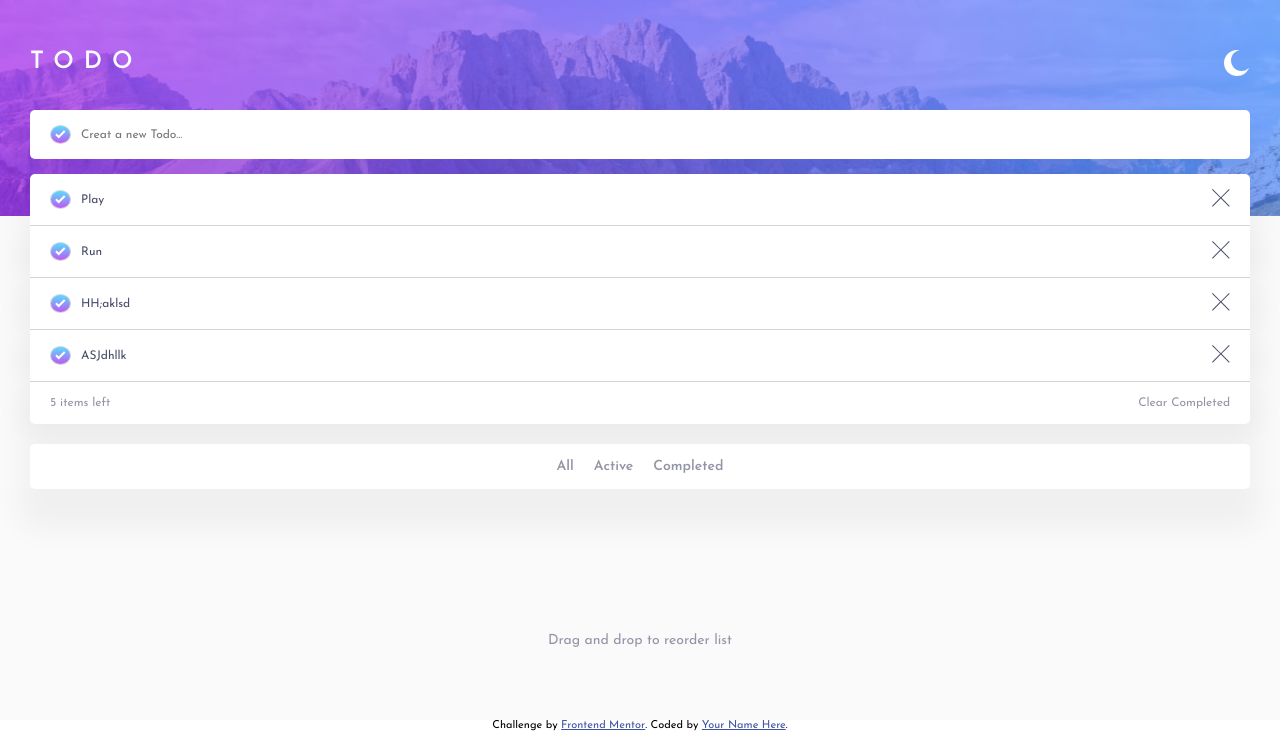
Repository: Baraajad231/Todo-app
Page: /
These files come from the project's save history. The page is drawn as it stood at one moment and after the next save; the edit follows.
The browser window is 1280 px wide. The pictures show the whole page.
The project was rebuilt for these pictures with package versions that can differ from the ones it lists, and the page was loaded fresh each time. Also part of the build but not shown: vite.config.js.

Above is the page before, as saved 2025-12-30 13:31:31.

### index.html
<!DOCTYPE html>
<html lang="en" data-theme="light">
  <head>
    <meta charset="UTF-8" />
    <meta name="viewport" content="width=device-width, initial-scale=1.0" />
    <!-- displays site properly based on user's device -->

    <link
      rel="icon"
      type="image/png"
      sizes="32x32"
      href="./images/favicon-32x32.png"
    />

    <title>Frontend Mentor | Todo app</title>

    <!-- Feel free to remove these styles or customise in your own stylesheet 👍 -->
    <style>
      .attribution {
        font-size: 11px;
        text-align: center;
      }
      .attribution a {
        color: hsl(228, 45%, 44%);
      }
    </style>

    <link rel="preconnect" href="https://fonts.googleapis.com" />
    <link rel="preconnect" href="https://fonts.gstatic.com" crossorigin />
    <link
      href="https://fonts.googleapis.com/css2?family=Josefin+Sans:ital,wght@0,100..700;1,100..700&display=swap"
      rel="stylesheet"
    />

    <link rel="stylesheet" href="./styles/style.scss" />
  </head>
  <body>
    <div class="container">
      <picture class="background-Wrapper">
        <source
          media="(min-width:465px)"
          srcset="images/bg-desktop-light.jpg"
        />
        <img
          src="images/bg-mobile-light.jpg"
          alt="bg-mobile-light"
          class="background background-light"
        />
      </picture>

      <div class="todo">
        <div class="todo__header">
          <h1 class="todo__title">TODO</h1>
          <button class="todo__theme button">
            <img src="images/icon-moon.svg" alt="moon icon" />
          </button>
        </div>
        <ul class="todo__list">
          <li class="todo__list__row todo__list__row-input">
            <button class="checkbox button">
              <img
                src="./images/icon-check.svg"
                alt="check"
                class="checkbox__icon"
              />
            </button>
            <input
              type="text"
              placeholder="Creat a new Todo..."
              class="todo__list__input"
            />
          </li>

          <li class="todo__list__row">
            <button class="checkbox button">
              <img
                src="./images/icon-check.svg"
                alt="check"
                class="checkbox__icon"
              />
            </button>
            <span class="todo__list__task">Play</span>
            <button class="remove-btn button">
              <img src="./images/icon-cross.svg" alt="" class="remove-icon" />
            </button>
          </li>
          <li class="todo__list__row">
            <button class="checkbox button">
              <img
                src="./images/icon-check.svg"
                alt="check"
                class="checkbox__icon"
              />
            </button>
            <span class="todo__list__task">Run</span>
            <button class="remove-btn button">
              <img src="./images/icon-cross.svg" alt="" class="remove-icon" />
            </button>
          </li>
          <li class="todo__list__row">
            <button class="checkbox button">
              <img
                src="./images/icon-check.svg"
                alt="check"
                class="checkbox__icon"
              />
            </button>
            <span class="todo__list__task">HH;aklsd</span>
            <button class="remove-btn button">
              <img src="./images/icon-cross.svg" alt="" class="remove-icon" />
            </button>
          </li>
          <li class="todo__list__row">
            <button class="checkbox button">
              <img
                src="./images/icon-check.svg"
                alt="check"
                class="checkbox__icon"
              />
            </button>
            <span class="todo__list__task">ASJdhllk</span>
            <button class="remove-btn button">
              <img src="./images/icon-cross.svg" alt="" class="remove-icon" />
            </button>
          </li>
          <li class="todo__list__row todo__list__row--meta">
            <div class="todo__items-left">
              <span class="todo__items-count">5</span>
              <span class="todo__items-text">items left</span>
            </div>

            <button class="todo__list-clear button">Clear Completed</button>
          </li>

          <li class="todo__list__row todo__list__row--filter">
            <button class="todo__list-all button button-filter">All</button>
            <button class="todo__list-active button button-filter">
              Active
            </button>
            <button class="todo__list-completed button button-filter">
              Completed
            </button>
          </li>
        </ul>
      </div>
    </div>
    <p class="note">Drag and drop to reorder list</p>

    <div class="attribution">
      Challenge by
      <a href="https://www.frontendmentor.io?ref=challenge" target="_blank"
        >Frontend Mentor</a
      >. Coded by <a href="#">Your Name Here</a>.
    </div>
  </body>
</html>

### styles/style.scss
/*variables*/
:root {
  /* ===== Brand / Primary ===== */
  --color-primary: hsl(220, 98%, 61%);

  --gradient-check: linear-gradient(hsl(192, 100%, 67%), hsl(280, 87%, 65%));

  /* ===== Typography ===== */
  --font-family-base: "Josefin Sans", sans-serif;
  --font-size-base: 16px;
  --font-weight-regular: 400;
  --font-weight-bold: 700;
}

:root[data-theme="light"] {
  --color-bg: hsl(0, 0%, 98%);
  --color-surface: #ffffff;

  --color-text-primary: hsl(235, 19%, 35%);
  --color-text-secondary: hsl(236, 9%, 61%);

  --color-border: hsl(233, 11%, 84%);
  --color-completed: hsl(234, 39%, 85%);
}

:root[data-theme="dark"] {
  --color-bg: hsl(235, 21%, 11%);
  --color-surface: hsl(235, 24%, 19%);

  --color-text-primary: hsl(234, 39%, 85%);
  --color-text-secondary: hsl(236, 9%, 61%);

  --color-border: hsl(237, 14%, 26%);
  --color-muted: hsl(233, 14%, 35%);
}

/* Reset */
* {
  margin: 0;
  padding: 0;
  font: inherit;
}

*,
*::after,
*::before {
  box-sizing: border-box;
}

a {
  color: inherit;
  display: inline-block;
}

button,
[type="submit"] {
  background-color: transparent;
  border: none;
  cursor: pointer;
}

ul,
ol {
  list-style: none;
}

html {
  font-size: 62.5%;
}

body {
  font-size: 1.6rem;
  font-family: var(--font-family-base);
  color: var(--color-text-primar);
}
/* End Reset */

/*container*/
.container {
  position: relative;
  height: 100vh;
  background-color: var(--color-bg);
}
.background {
  width: 100vw;
  @media (min-width: 769px) {
    height: 30%;
  }
}

.todo {
  display: flex;
  flex-direction: column;
  gap: 3rem;
  position: absolute;
  top: 0;
  width: calc(100% - 6rem);
  margin: 5rem 3rem;

  &__header {
    display: flex;
    justify-content: space-between;
    .todo__title {
      font-size: 2.4rem;
      color: white;
      letter-spacing: 1rem;
      font-weight: 600;
    }
  }

  &__list {
    font-size: 1.2rem;

    &__row {
      background-color: var(--color-surface);
      padding: 1.5rem 2rem;
      display: flex;
      align-items: center;
      color: var(--color-text-primary);
      box-shadow: 0 3rem 3rem 1rem rgba(0, 0, 0, 0.045);
      &--completed {
        text-decoration: line-through;
        color: var(--color-completed);
      }
      &:nth-child(2) {
        border-radius: 0.5rem 0.5rem 0 0;
      }

      & .checkbox {
        border: 1px solid var(--color-border);
        border-radius: 50%;
        background: var(--gradient-check);
        margin-right: 1rem;
        display: flex;
        align-items: center;
        justify-content: center;

        &__icon {
          padding: 0.4rem;
        }
      }

      & .todo__list__task {
        margin-right: auto;
      }
      &-input {
        margin-bottom: 1.5rem;

        & .todo__list__input {
          border: none;
          background-color: transparent;

          &:focus {
            outline: none;
            caret-color: var(--color-primary);
          }
        }
      }

      &:not(&-input, &--filter, &--meta) {
        border-bottom: 1px solid var(--color-border);
      }

      &--meta {
        display: flex;
        justify-content: space-between;

        border-radius: 0 0 0.5rem 0.5rem;
      }

      &--filter {
        display: flex;
        justify-content: center;
        gap: 2rem;
        margin-top: 2rem;
        font-size: 1.4rem;
      }
      &--filter,
      &-input {
        border-radius: 0.5rem;
      }
      &--filter,
      &--meta {
        color: var(--color-text-secondary);
      }
    }
  }
}

.note {
  position: absolute;
  bottom: 10%;
  left: 50%;
  transform: translateX(-50%);
  width: max-content;
  font-size: 1.4rem;
  color: var(--color-text-secondary);
}

.button {
  color: var(--color-text-secondary);

  &:active {
    transform: scale(0.9);
    color: var(--color-text-primary);
  }

  &-filter {
    &:focus {
      color: var(--color-primary);
    }
    font-weight: 600;
  }
}

After the next save:
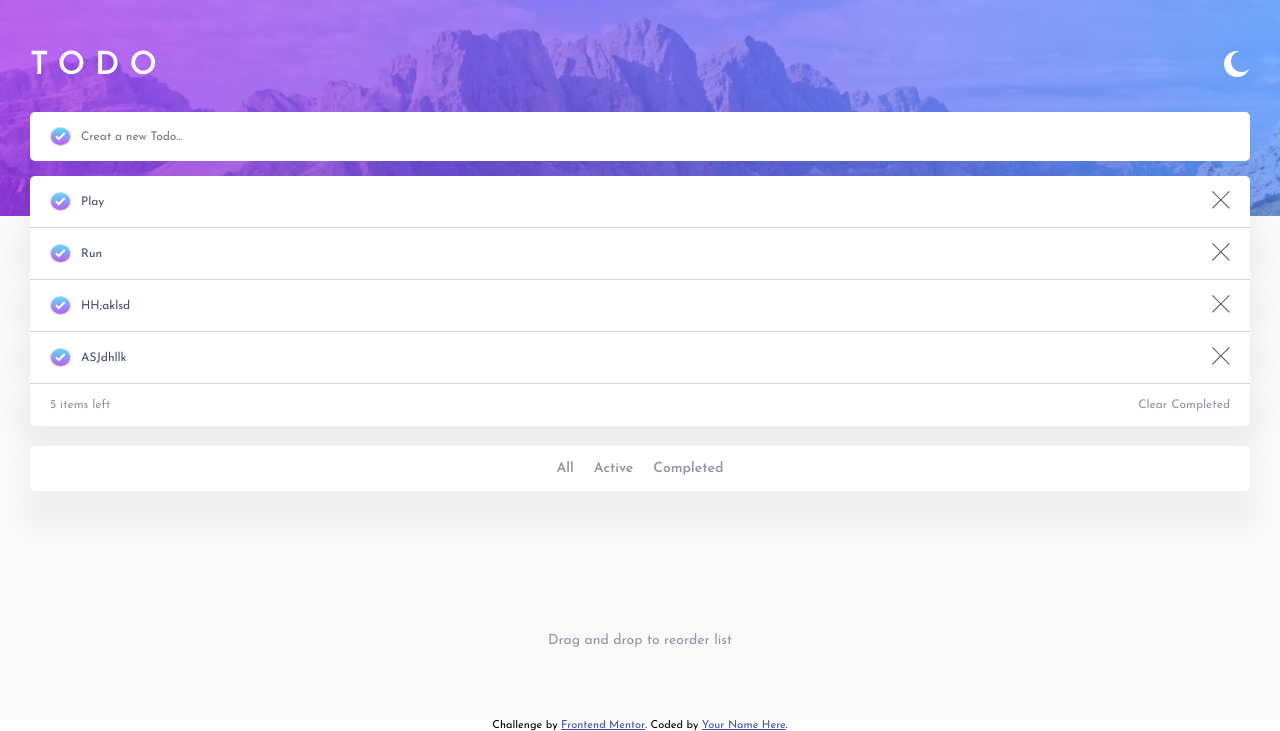
Saved 41 s later.
--- a/styles/style.scss
+++ b/styles/style.scss
@@ -105,6 +105,10 @@ body {
       color: white;
       letter-spacing: 1rem;
       font-weight: 600;
+
+      @media (min-width: 769px) {
+        font-size: 3.2rem;
+      }
     }
   }
 
